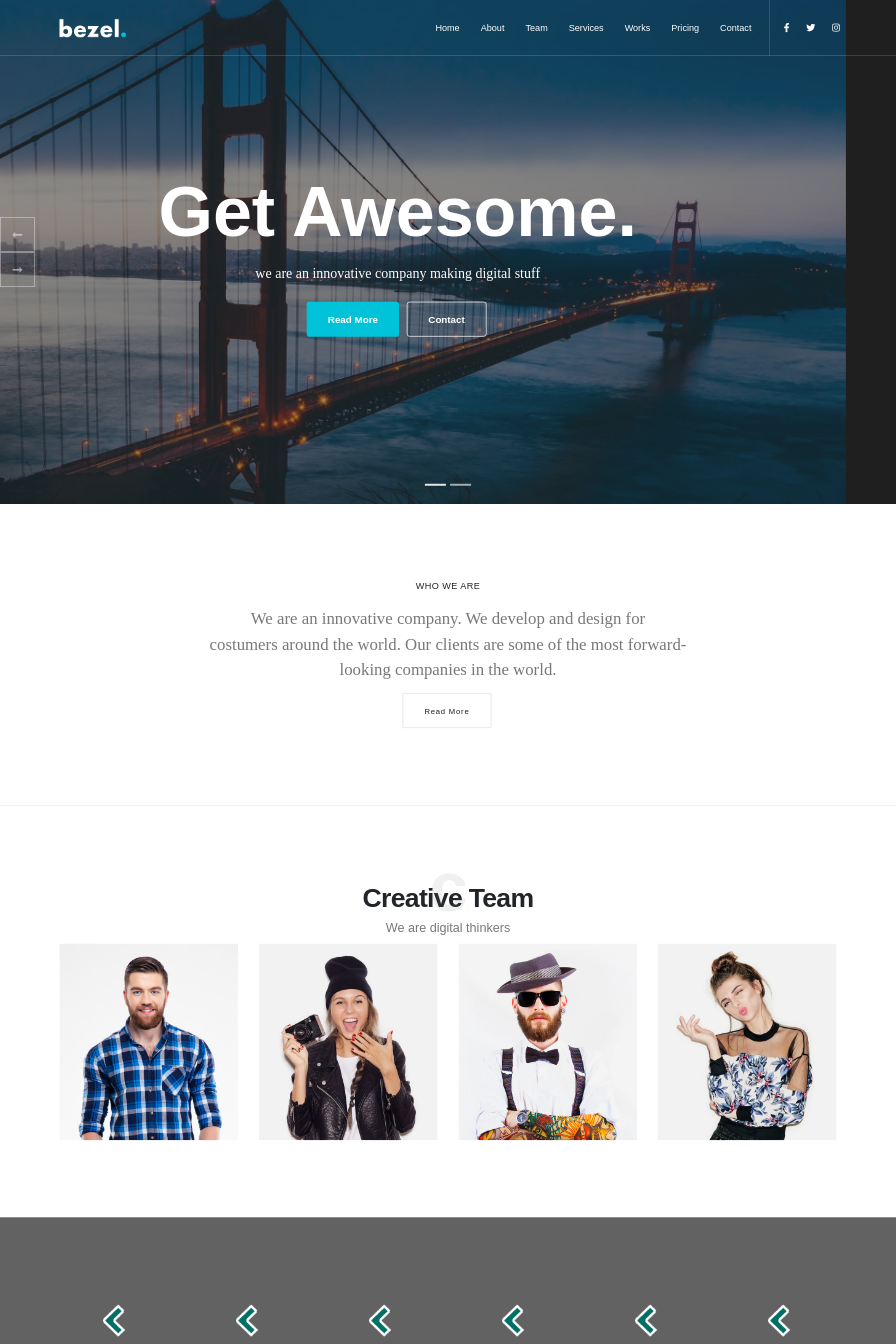
Repository: HodaHesham/BIZOL
Page: index.html
An editor plug-in stored every save of this project. The page is shown before and after the next save, followed by the edit.
The browser window is 1280 px wide. The pictures show the part of the page from y = 0 to 1920 px (the page is 4765 px tall), at 70% of full size.

Above is the page before, as saved 2020-11-14 12:11:07.

After the next save:
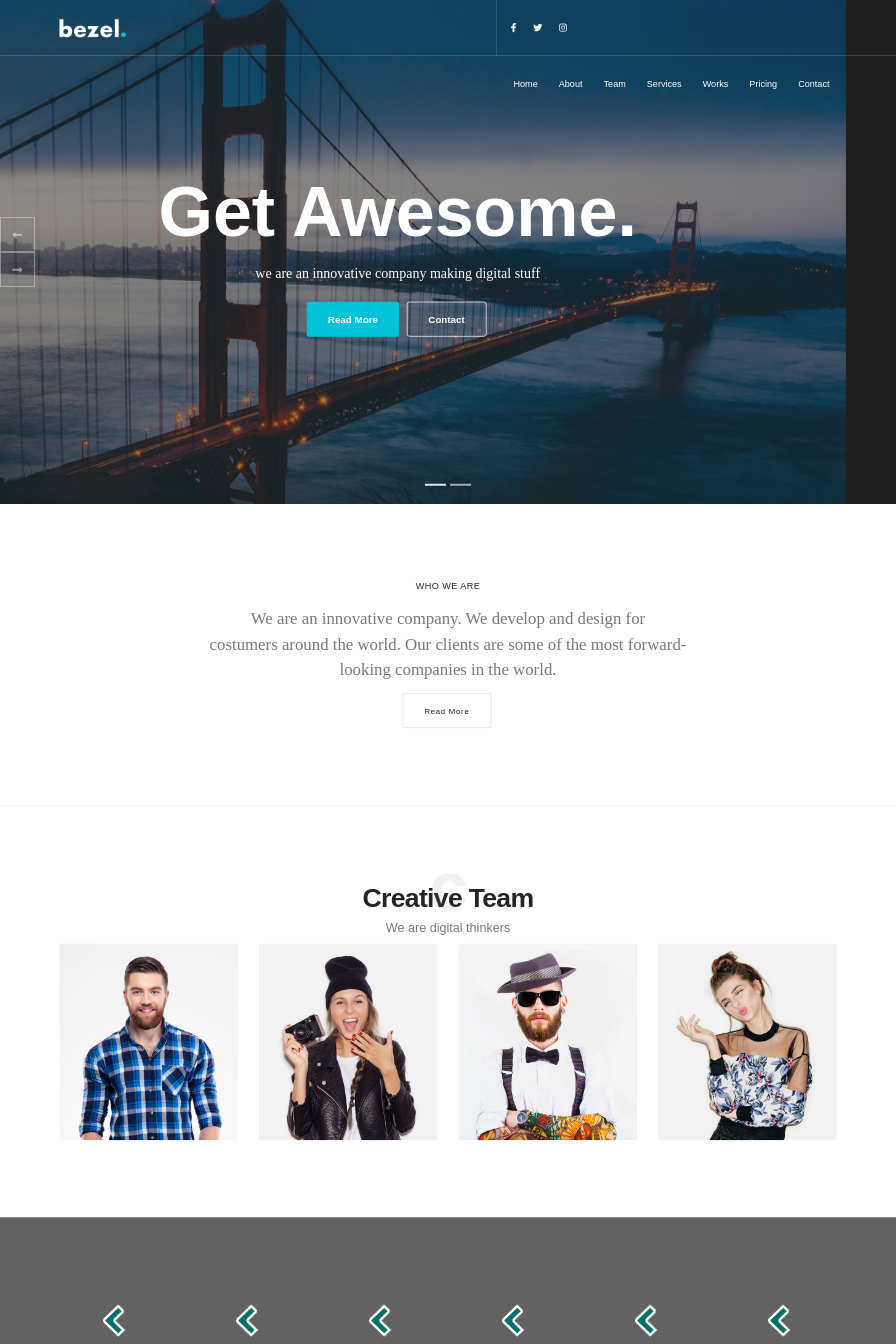
Saved 2 min 7 s later.
--- a/index.html
+++ b/index.html
@@ -36,18 +36,7 @@
                             </ul>
                         </div>
                     </div>
-                    <div class="menu-item">
-                        <div class="nav-toggle">
-                            <a class="menu-toggle" href="#">
-                                <div class="hamburger">
-                                    <div class="hamburger-box">
-                                        <div class="hamburger-inner"></div>
-                                    </div>
-                                </div>
-                            </a>
-                        </div>
-                    </div>
-                </div>
+
                 <div id="navigation">
                     <ul class="navigation-menu nav">
                         <li><a href="#home" data-scroll="true">Home</a>
